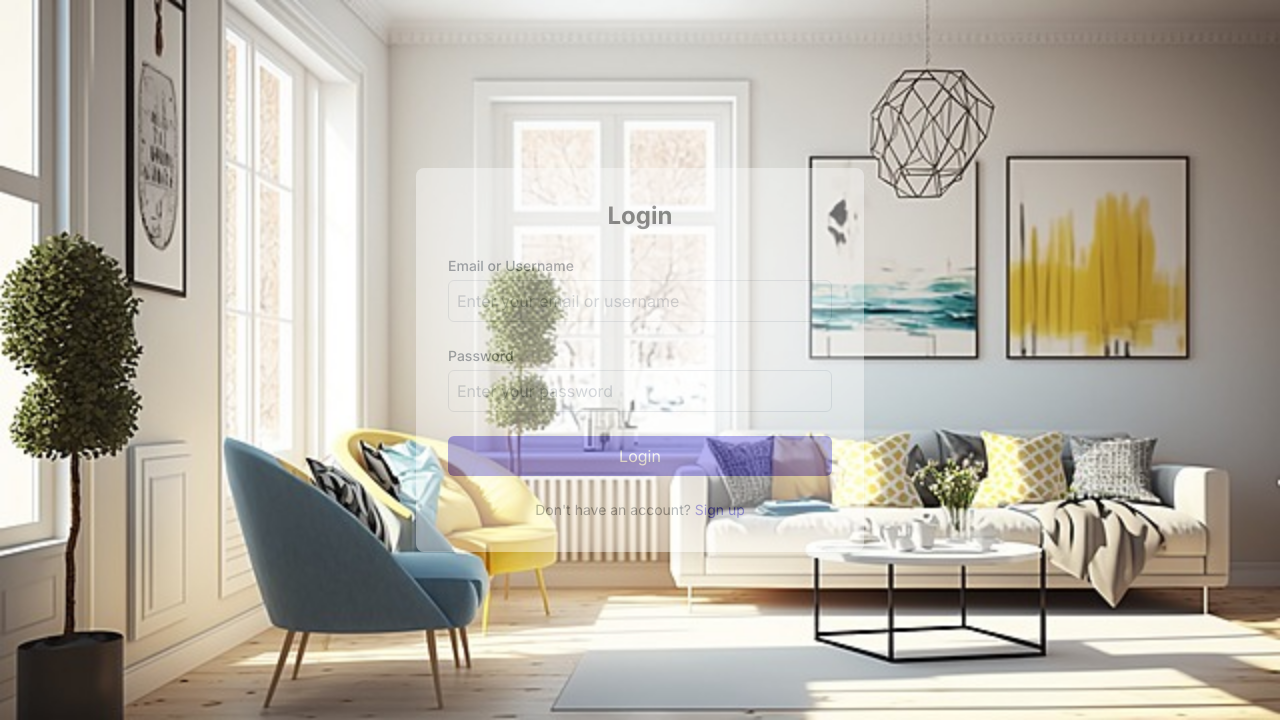
Repository: NassimeElkamari/Horizon-Housing
Page: /login
The author's editor kept a copy of each file at every save. The page is drawn from the files as they stood at one save, then again after the next save.
The browser window is 1280 px wide. The pictures show the whole page.
The project was rebuilt for these pictures with package versions that can differ from the ones it lists, and the page was loaded fresh each time. The framework's server and built-in components were replaced by stand-ins that run in the browser. Also part of the build but not shown: next.config.mjs.

Above is the page before, as saved 2024-08-28 21:44:19.

After the next save:
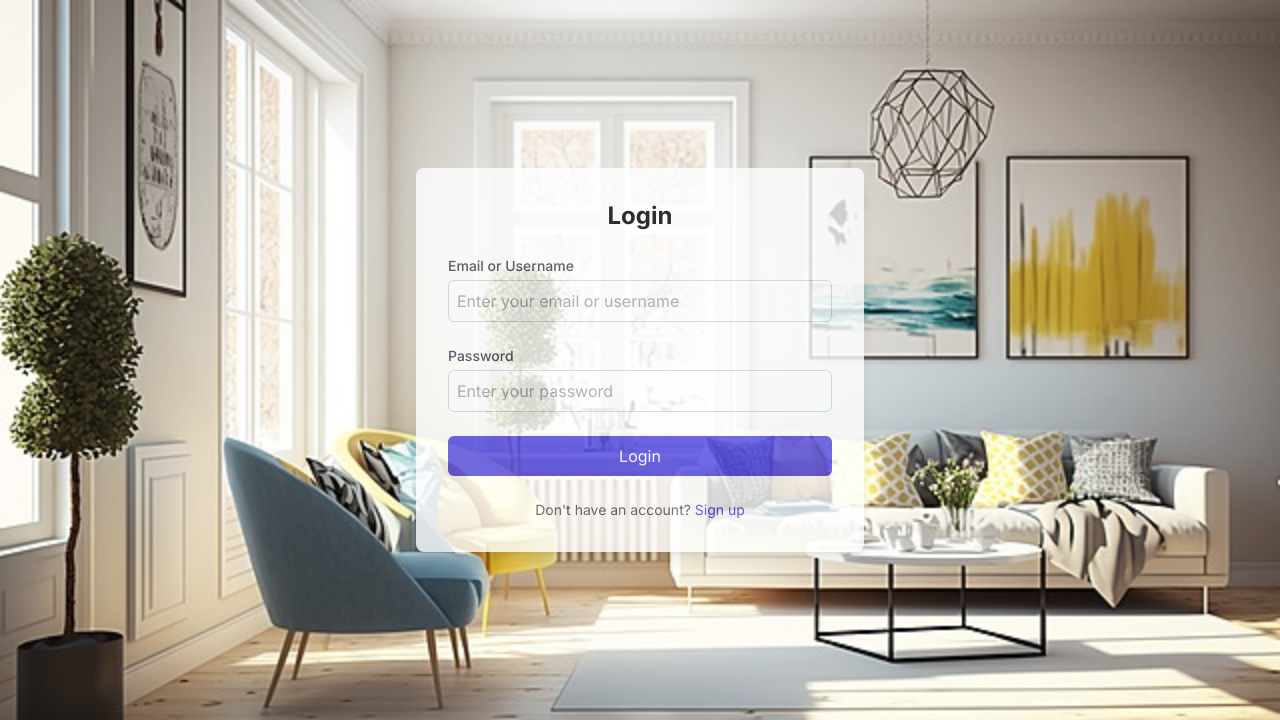
Saved 6 s later.
--- a/src/app/login/page.tsx
+++ b/src/app/login/page.tsx
@@ -33,7 +33,7 @@ const LoginPage = () => {
 
   return (
     <div className="min-h-screen bg-gray-100 flex items-center justify-center bg-cover"  style={{ backgroundImage: "url('/bg2.jpg')" }}>
-      <div className="bg-white p-8 rounded-lg shadow-lg w-full max-w-md opacity-40">
+      <div className="bg-white p-8 rounded-lg shadow-lg w-full max-w-md opacity-80">
         <h2 className="text-2xl font-bold mb-6 text-center">Login</h2>
         {error && <p className="text-red-500 text-center mb-4">{error}</p>}
         <form onSubmit={handleSubmit} className="space-y-6">
